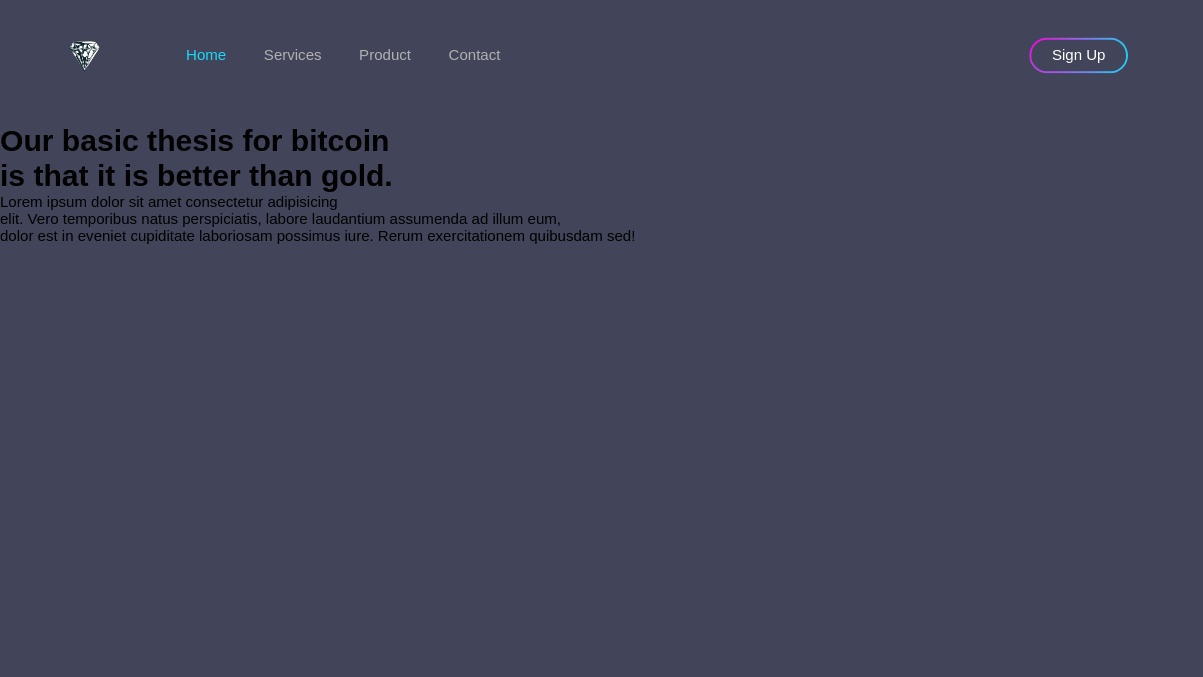
Repository: Aakarshit-Sharma19/Basic-HTML-and-CSS-Page-
Page: index.html
The author's editor kept a copy of each file at every save. The page is drawn from the files as they stood at one save, then again after the next save.
The browser window is 1280 px wide. The pictures show the whole page, at 94% of full size.

Above is the page before, as saved 2020-11-10 15:23:28.

After the next save:
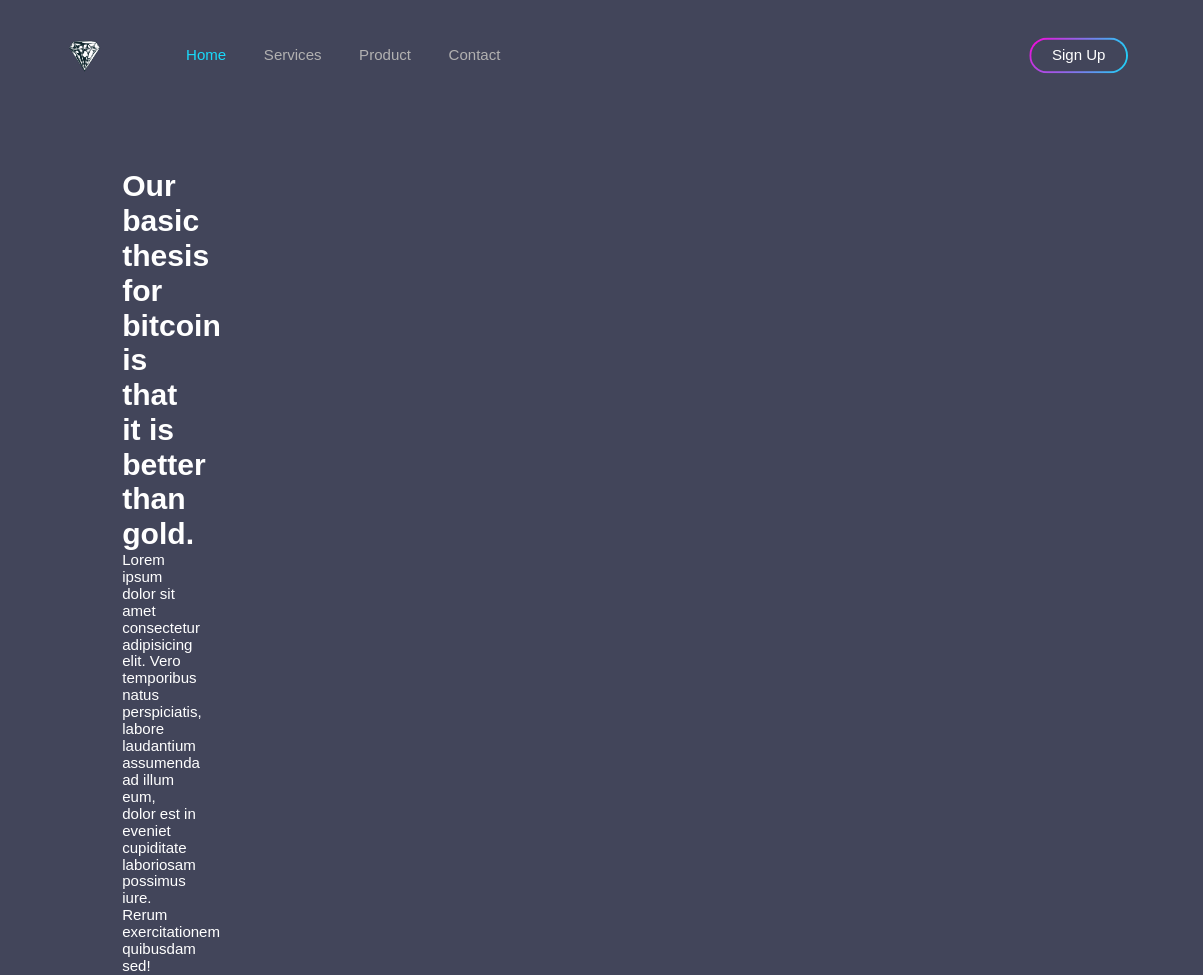
Saved 97 s later.
--- a/style.css
+++ b/style.css
@@ -51,3 +51,12 @@ body{
     display: block;
     padding: 8px 22px;
 }
+
+.banner{
+    width: 80px;
+    height: 80px;
+    top: 25%;
+    left: 130px;
+    position: absolute;
+    color: #fff;
+}
